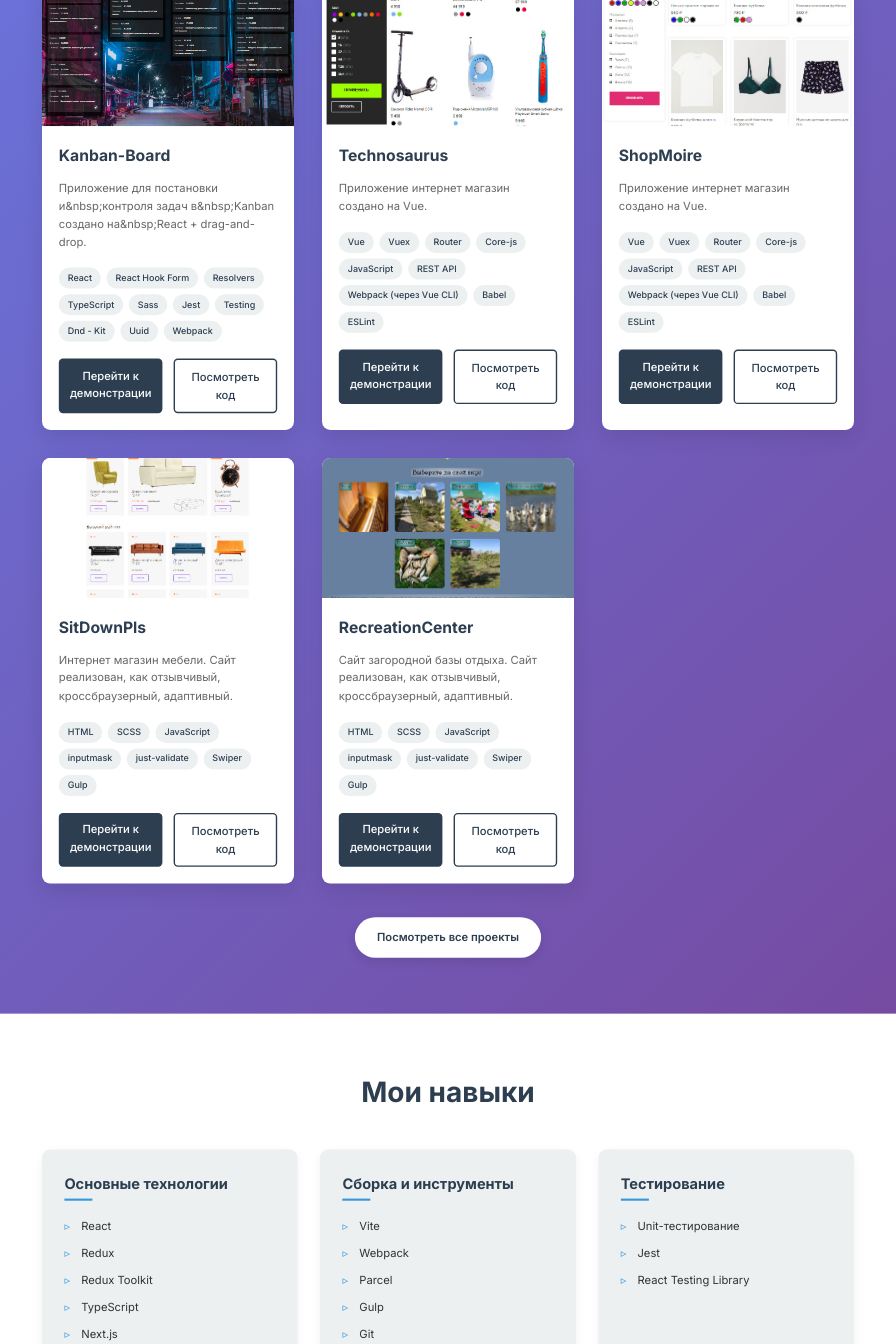
Repository: RostislavZeberg/resume-app
Page: /
These files come from the project's save history. The page is drawn as it stood at one moment and after the next save; the edit follows.
The browser window is 1280 px wide. The pictures show the part of the page from y = 985 to 2905 px (the page is 4990 px tall), at 70% of full size.
The project was rebuilt for these pictures with package versions that can differ from the ones it lists, and the page was loaded fresh each time. The framework's server and built-in components were replaced by stand-ins that run in the browser. Also part of the build but not shown: next.config.ts.

Above is the page before, as saved 2025-09-18 19:23:58.

After the next save:
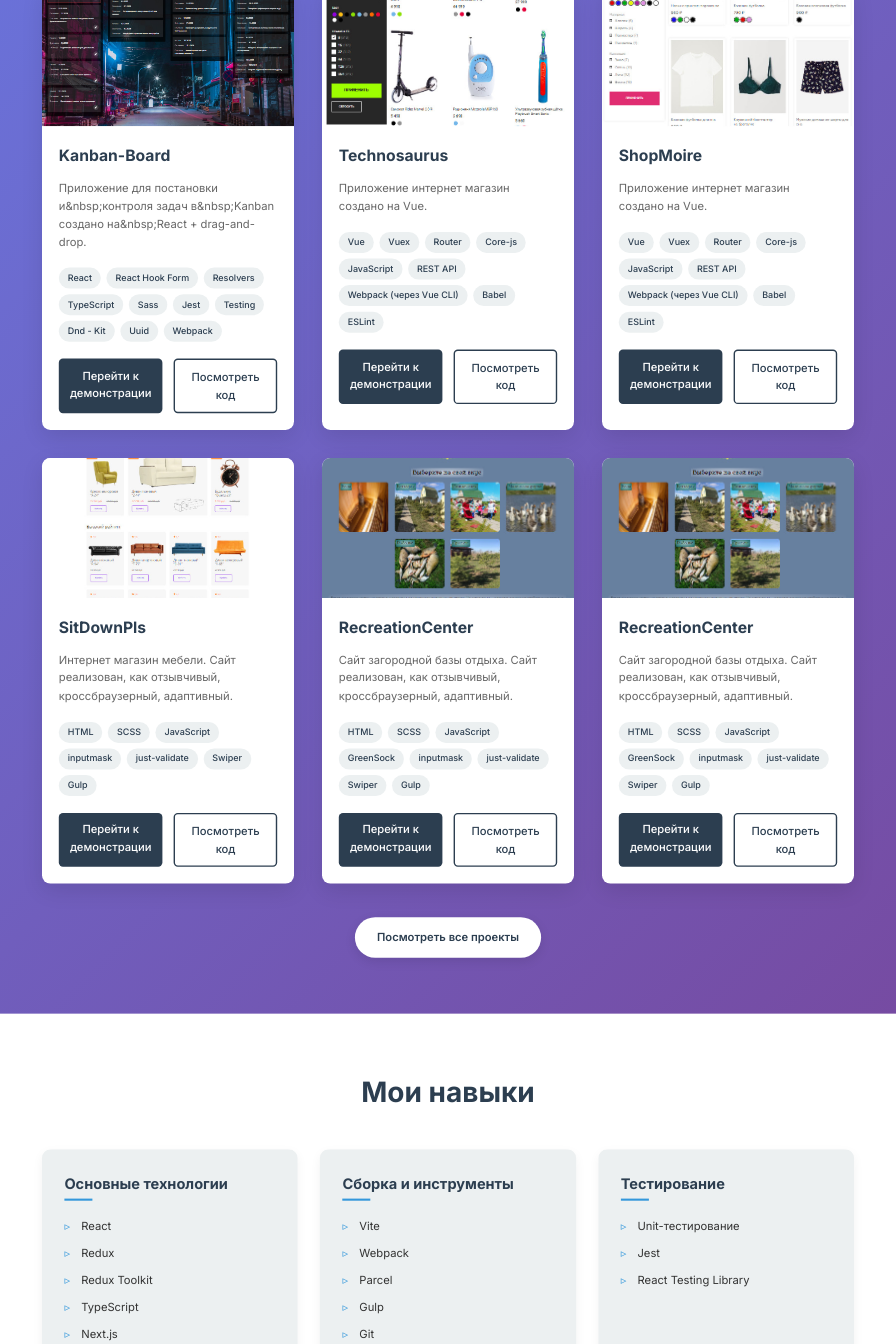
Saved 39 s later.
--- a/info/projects.ts
+++ b/info/projects.ts
@@ -54,6 +54,13 @@ export const projects = [
     description: 'Сайт загородной базы отдыха. Сайт реализован, как отзывчивый, кроссбраузерный, адаптивный.',
     demoLink: 'https://rostislavzeberg.github.io/store-SitDownPls/',
     codeLink: 'https://github.com/RostislavZeberg/store-SitDownPls',
-    technologies: ['HTML', 'SCSS', 'JavaScript', 'inputmask', 'just-validate', 'Swiper', 'Gulp']
+    technologies: ['HTML', 'SCSS', 'JavaScript', 'GreenSock', 'inputmask', 'just-validate', 'Swiper', 'Gulp']
+  },
+  {
+    name: 'RecreationCenter',
+    description: 'Сайт загородной базы отдыха. Сайт реализован, как отзывчивый, кроссбраузерный, адаптивный.',
+    demoLink: 'https://rostislavzeberg.github.io/store-SitDownPls/',
+    codeLink: 'https://github.com/RostislavZeberg/store-SitDownPls',
+    technologies: ['HTML', 'SCSS', 'JavaScript', 'GreenSock', 'inputmask', 'just-validate', 'Swiper', 'Gulp']
   },
 ];
